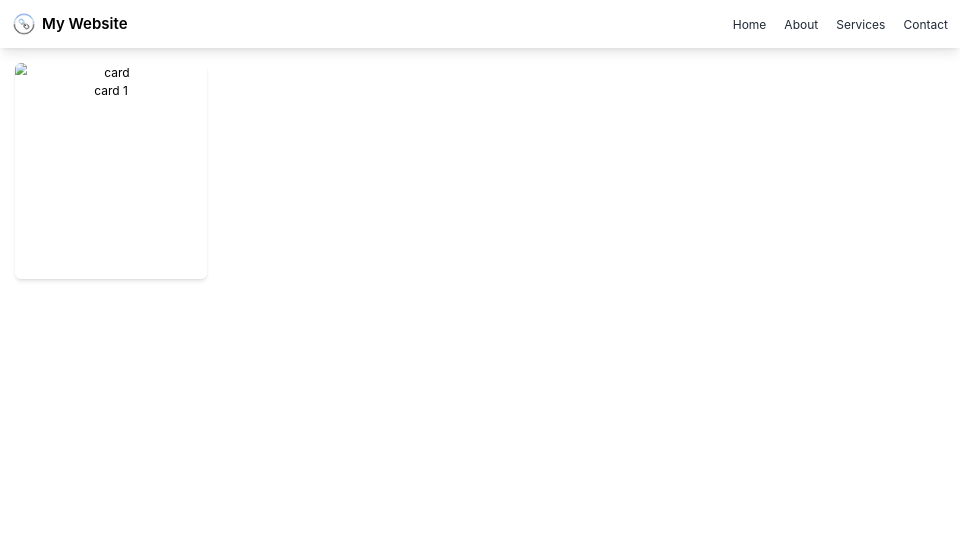
Repository: Abel-A16/react-tailwind
Page: /
An editor plug-in stored every save of this project. The page is shown before and after the next save, followed by the edit.
The browser window is 1280 px wide. The pictures show the whole page, at 75% of full size.
The project was rebuilt for these pictures with package versions that can differ from the ones it lists, and the page was loaded fresh each time.

Above is the page before, as saved 2024-10-11 11:03:34.

### src/App.js
import logo from './logo.svg';
import './App.css';
import NavBar from './components/NavBar';
import CardComponent from './components/CardComponent';

function App() {
  return (
    <div className="App">
      <NavBar/>
      <CardComponent title={"card 1"}/>
    </div>
  );
}

export default App;

### src/components/NavBar.js
import React, { useState } from "react";

const Navbar = () => {
  // State for controlling mobile menu visibility
  const [isMobileMenuOpen, setIsMobileMenuOpen] = useState(false);
  // State for controlling services dropdown
  const [isDropdownOpen, setIsDropdownOpen] = useState(false);

  const toggleMobileMenu = () => {
    setIsMobileMenuOpen(!isMobileMenuOpen);
  };

  const toggleDropdown = () => {
    setIsDropdownOpen(!isDropdownOpen);
  };

  return (
    <nav className="bg-white shadow-lg">
      <div className="max-w-7xl mx-auto px-4">
        <div className="flex justify-between items-center py-4">
          {/* Logo */}
          <div className="flex items-center space-x-2">
            <img src="data:[embedded picture, 8135 characters]" alt="Logo" className="h-8 w-8" />
            <span className="text-xl font-semibold">My Website</span>
          </div>

          {/* Links (hidden on small screens) */}
          <div className="hidden md:flex space-x-6">
            <a href="#" className="text-gray-800 hover:text-blue-500">
              Home
            </a>
            <a href="#" className="text-gray-800 hover:text-blue-500">
              About
            </a>

            {/* Dropdown for Services */}
            <div
              className="relative group"
              onMouseEnter={() => setIsDropdownOpen(true)}
              onMouseLeave={() => setIsDropdownOpen(false)}
            >
              <button
                className="text-gray-800 hover:text-blue-500 focus:outline-none"
                onClick={toggleDropdown}
              >
                Services
              </button>
              {isDropdownOpen && (
                <div className="absolute bg-white shadow-md mt-2 rounded-lg w-48">
                  <a
                    href="#"
                    className="block px-4 py-2 text-gray-800 hover:bg-gray-100"
                  >
                    Service 1
                  </a>
                  <a
                    href="#"
                    className="block px-4 py-2 text-gray-800 hover:bg-gray-100"
                  >
                    Service 2
                  </a>
                  <a
                    href="#"
                    className="block px-4 py-2 text-gray-800 hover:bg-gray-100"
                  >
                    Service 3
                  </a>
                </div>
              )}
            </div>

            <a href="#" className="text-gray-800 hover:text-blue-500">
              Contact
            </a>
          </div>

          {/* Hamburger menu (visible on small screens) */}
          <div className="md:hidden">
            <button
              onClick={toggleMobileMenu}
              className="focus:outline-none"
              aria-label="Toggle mobile menu"
            >
              <svg
                className="h-8 w-8 text-gray-800"
                xmlns="http://www.w3.org/2000/svg"
                fill="none"
                viewBox="0 0 24 24"
                stroke="currentColor"
              >
                <path
                  strokeLinecap="round"
                  strokeLinejoin="round"
                  strokeWidth="2"
                  d="M4 6h16M4 12h16M4 18h16"
                />
              </svg>
            </button>
          </div>
        </div>

        {/* Mobile Menu (hidden by default) */}
        {isMobileMenuOpen && (
          <div className="md:hidden">
            <a
              href="#"
              className="block px-4 py-2 text-gray-800 hover:bg-gray-100"
            >
              Home
            </a>
            <a
              href="#"
              className="block px-4 py-2 text-gray-800 hover:bg-gray-100"
            >
              About
            </a>

            {/* Mobile Services dropdown */}
            <div className="block">
              <a
                href="#"
                className="block px-4 py-2 text-gray-800 hover:bg-gray-100"
                onClick={toggleDropdown}
              >
                Services
              </a>
              {isDropdownOpen && (
                <div className="pl-4">
                  <a
                    href="#"
                    className="block px-4 py-2 text-gray-800 hover:bg-gray-100"
                  >
                    Service 1
                  </a>
                  <a
                    href="#"
                    className="block px-4 py-2 text-gray-800 hover:bg-gray-100"
                  >
                    Service 2
                  </a>
                  <a
                    href="#"
                    className="block px-4 py-2 text-gray-800 hover:bg-gray-100"
                  >
                    Service 3
                  </a>
                </div>
              )}
            </div>
            <a
              href="#"
              className="block px-4 py-2 text-gray-800 hover:bg-gray-100"
            >
              Contact
            </a>
          </div>
        )}
      </div>
    </nav>
  );
};

export default Navbar;

### src/components/CardComponent.js
import React from 'react'

function CardComponent({imageUrl, title, description}) {
  return (
    <div className='bg-white w-64 h-72 m-5 shadow-md rounded-lg overflow-hidden hover:scale-105'>
      <div>
        <img src={imageUrl} alt="card" />
        <h2>{title}</h2>
        <p>{description}</p>
    </div>
    </div>
  )
}

export default CardComponent

### tailwind.config.js
module.exports = {
  content: [
    "./src/**/*.{js,jsx,ts,tsx}",
  ],
  theme: {
    extend: {},
  },
  plugins: [],
}

Loaded but not shown: public/index.html (common file); src/index.js (common file); src/index.css (common file); src/reportWebVitals.js (common file); src/App.css (common file)

After the next save:
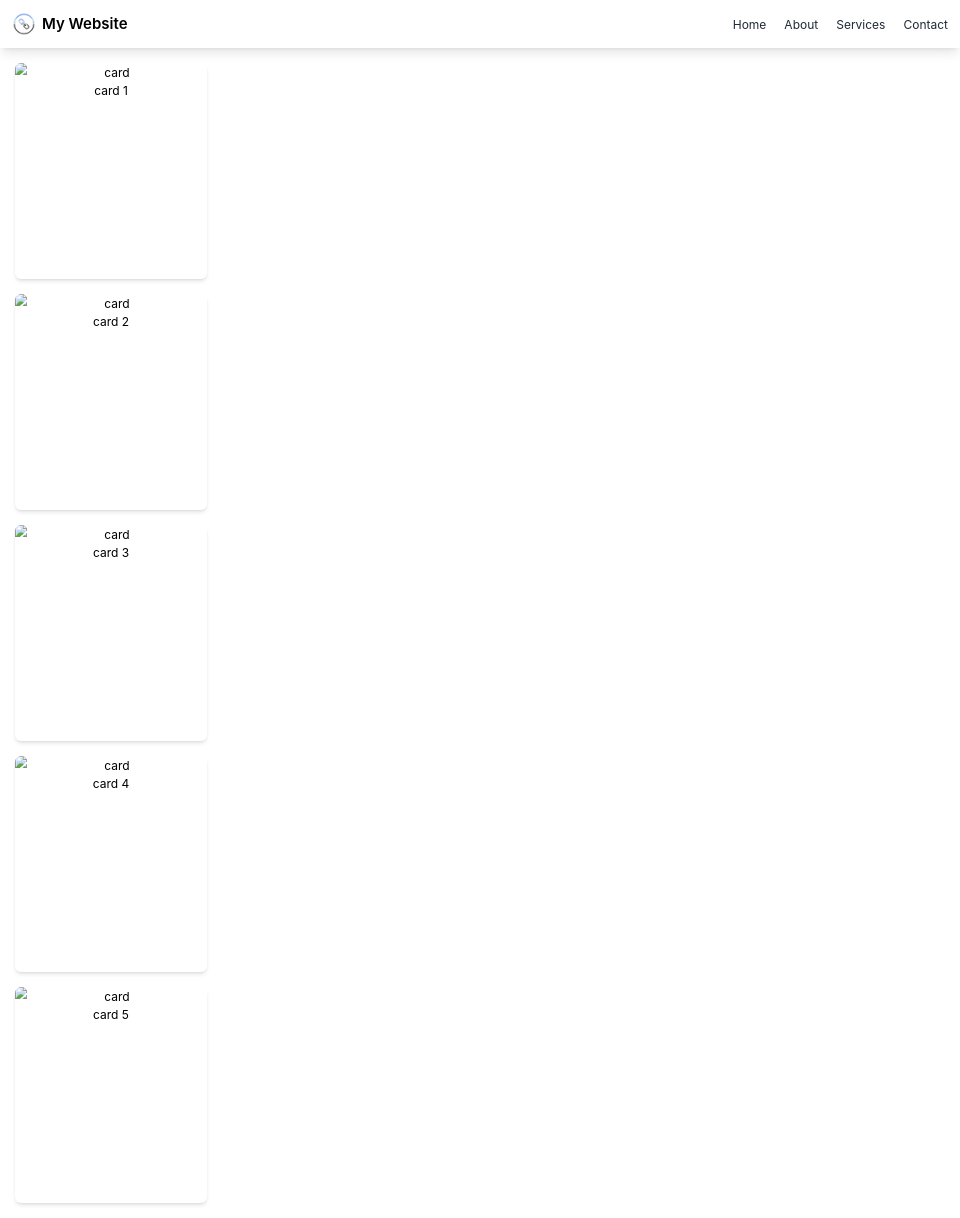
Saved 27 s later.
--- a/src/App.js
+++ b/src/App.js
@@ -8,6 +8,10 @@
     <div className="App">
       <NavBar/>
       <CardComponent title={"card 1"}/>
+      <CardComponent title={"card 2"}/>
+      <CardComponent title={"card 3"}/>
+      <CardComponent title={"card 4"}/>
+      <CardComponent title={"card 5"}/>
     </div>
   );
 }
